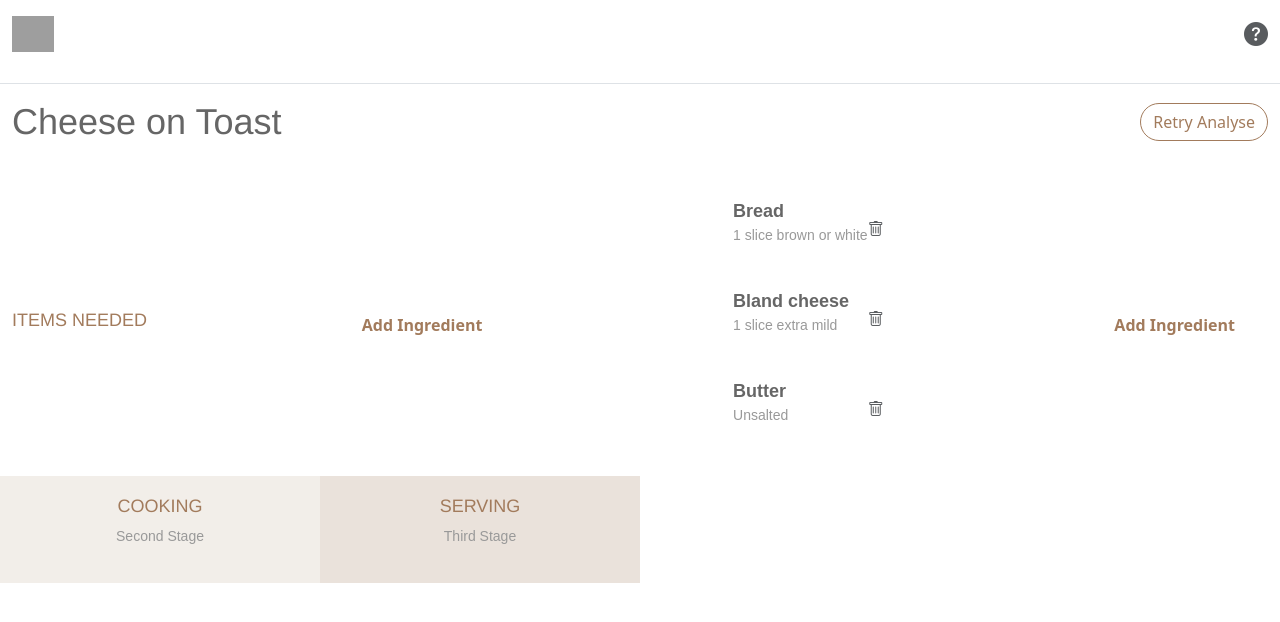
Repository: devashrisamani/SMC
Page: index.html
An editor plug-in stored every save of this project. The page is shown before and after the next save, followed by the edit.
The browser window is 1280 px wide. The pictures show the whole page.
Pictures or frames that could not be fetched are drawn as grey boxes.

Above is the page before, as saved 2024-10-09 15:20:47.

### index.html
<!DOCTYPE html>
<html lang="en">
  <head>
    <meta charset="UTF-8" />
    <meta name="viewport" content="width=device-width, initial-scale=1.0" />
    <link
      href="https://cdn.jsdelivr.net/npm/bootstrap@5.3.0-alpha1/dist/css/bootstrap.min.css"
      rel="stylesheet"
    />
    <link
      href="https://cdn.jsdelivr.net/npm/bootstrap-icons/font/bootstrap-icons.css"
      rel="stylesheet"
    />
    <link rel="stylesheet" href="styles.css" />
    <title>Recipe Page</title>
  </head>
  <body>
    <!-- Header -->
    <header class="container-fluid border-bottom py-3">
      <div class="d-flex justify-content-between align-items-center">
        <!-- Logo -->
        <div>
          <img src="img/logomark.svg" alt="Logo" class="logo" />
        </div>

        <!-- Help Icon -->
        <div>
          <i class="bi bi-question-circle-fill fs-4 text-muted"></i>
        </div>
      </div>
    </header>

    <!-- Title and Retry Button -->
    <section class="container-fluid py-3">
      <div class="d-flex justify-content-between align-items-center">
        <!-- Title -->
        <h1 class="header-title">Cheese on Toast</h1>

        <!-- Retry Button -->
        <button class="btn btn-outline-primary retry-btn">Retry Analyse</button>
      </div>
    </section>

    <!-- Main Content -->
    <section class="container-fluid py-3">
      <div class="row">
        <div class="d-flex justify-content-between align-items-center mb-3">
          <!-- Title (Items Needed) -->
          <h4 class="items-title">ITEMS NEEDED</h4>

          <!-- Add Ingredient Button -->
          <button class="btn btn-link add-ingredient">Add Ingredient</button>

          <!-- Ingredients List -->
          <ul class="list-group ingredients-list">
            <li
              class="list-group-item d-flex justify-content-between align-items-center"
            >
              <div>
                <strong>Bread</strong>
                <p>1 slice brown or white</p>
              </div>
              <i class="bi bi-trash text-muted"></i>
            </li>
            <li
              class="list-group-item d-flex justify-content-between align-items-center"
            >
              <div>
                <strong>Bland cheese</strong>
                <p>1 slice extra mild</p>
              </div>
              <i class="bi bi-trash text-muted"></i>
            </li>
            <li
              class="list-group-item d-flex justify-content-between align-items-center"
            >
              <div>
                <strong>Butter</strong>
                <p>Unsalted</p>
              </div>
              <i class="bi bi-trash text-muted"></i>
            </li>
          </ul>

          <!-- Add Ingredient Button -->
          <button class="btn btn-link add-ingredient">Add Ingredient</button>
        </div>

        <!-- Second Rectangle: Cooking -->
        <div class="col-md-3 rectangle cooking">
          <h5>COOKING</h5>
          <p>Second Stage</p>
        </div>

        <!-- Third Rectangle: Serving -->
        <div class="col-md-3 rectangle serving">
          <h5>SERVING</h5>
          <p>Third Stage</p>
        </div>
      </div>
    </section>

    <script src="https://cdn.jsdelivr.net/npm/bootstrap@5.3.0-alpha1/dist/js/bootstrap.bundle.min.js"></script>
  </body>
</html>

### styles.css
/* Custom styles for the header */
.logo {
  width: 42px;
  height: 36px;
}

.bi-question-circle-fill {
  color: #a27b5c;
}

.border-bottom {
  border-color: #eee;
}

/* Title Section */
.header-title {
  font-family: "Calistoga-Regular", Helvetica, sans-serif;
  color: #666666;
  font-size: 36px;
  margin: 0;
}

.retry-btn {
  border-color: #a27b5c;
  color: #a27b5c;
  border-radius: 20px;
}

.retry-btn:hover {
  background-color: #a27b5c;
  color: #fff;
}

/* Styling for the three rectangles */

.rectangle {
  background-color: #f7f3ef;
  padding: 20px;
  height: 100%;
  margin-bottom: 10px;
}

.items-needed {
  background-color: #f9f4ef;
}

.cooking {
  background-color: #f2eee9;
  text-align: center;
}

.serving {
  background-color: #eae2db;
  text-align: center;
}

/* Title and Text Styles */
/* Styling for the Add Ingredient section */
.items-title {
  font-family: "Calistoga-Regular", Helvetica, sans-serif;
  color: #a27b5c;
  font-size: 18px;
}

.add-ingredient {
  color: #a27b5c;
  font-weight: bold;
  text-decoration: none;
  margin-right: 20px; /* Add margin if necessary to align perfectly */
}

.d-flex {
  display: flex;
  justify-content: space-between;
  align-items: center;
  margin-bottom: 15px;
}

.ingredients-list .list-group-item {
  border: none;
  border-radius: 10px;
  background-color: #fff;
  margin-bottom: 10px;
  font-family: "DM Sans", sans-serif;
}

.ingredients-list .list-group-item strong {
  font-size: 18px;
  color: #666666;
}

.ingredients-list .list-group-item p {
  font-size: 14px;
  color: #999999;
}

.add-ingredient {
  color: #a27b5c;
  font-weight: bold;
  text-decoration: none;
}

.cooking h5,
.serving h5 {
  font-family: "Calistoga-Regular", Helvetica, sans-serif;
  font-size: 18px;
  color: #a27b5c;
}

.cooking p,
.serving p {
  font-family: "DM Sans", sans-serif;
  font-size: 14px;
  color: #999999;
}

After the next save:
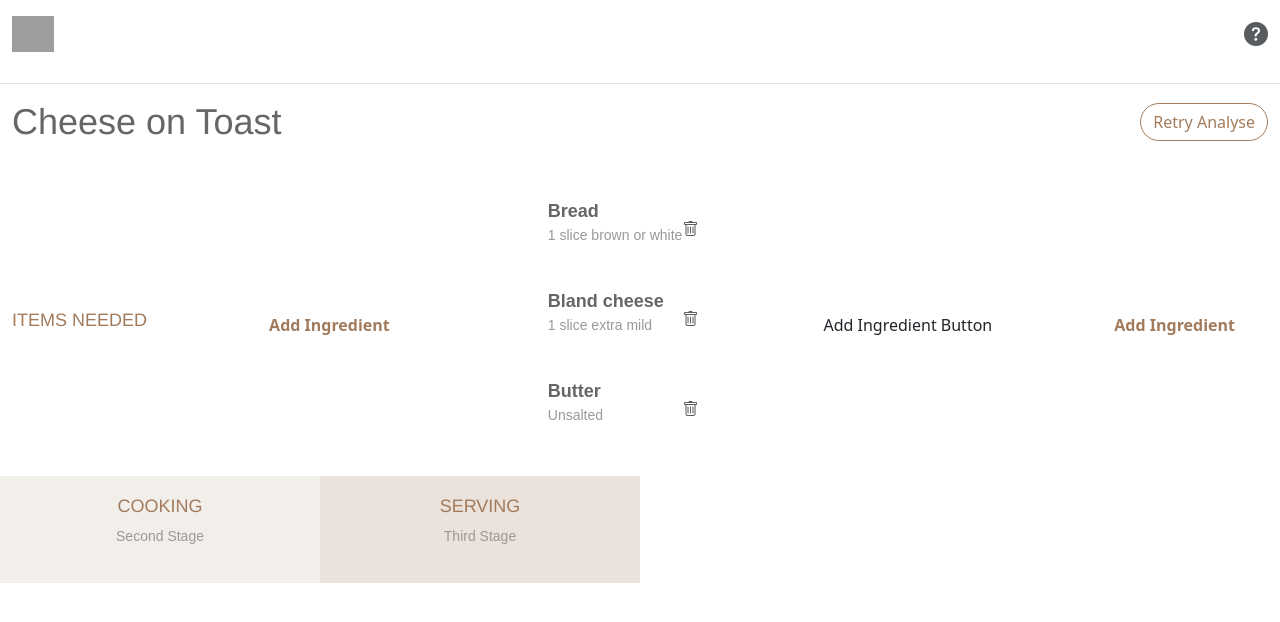
Saved 11 s later.
--- a/index.html
+++ b/index.html
@@ -82,7 +82,7 @@
             </li>
           </ul>
 
-          <!-- Add Ingredient Button -->
+          Add Ingredient Button
           <button class="btn btn-link add-ingredient">Add Ingredient</button>
         </div>
 
